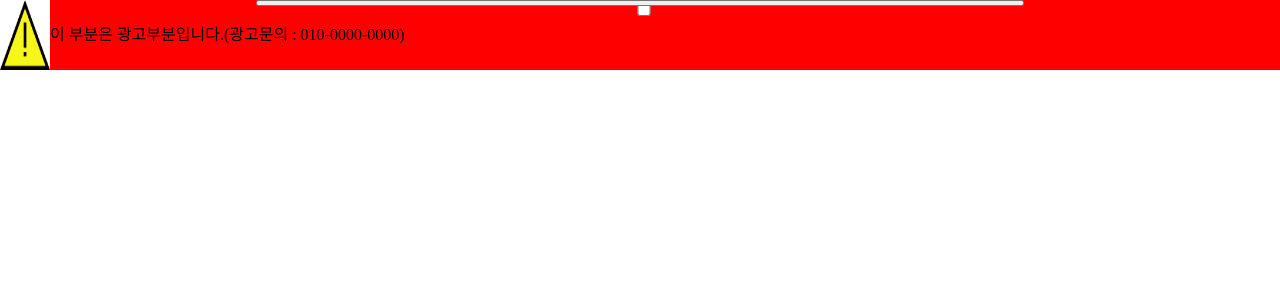
Repository: leehyeonung/myproject
Page: http://localhost/myproject/
These files come from the project's save history. The page is drawn as it stood at one moment and after the next save; the edit follows.
The browser window is 1280 px wide. The pictures show the whole page.
The page is served by Tomcat 9.

Above is the page before, as saved 2023-03-15 10:49:38.

After the next save:
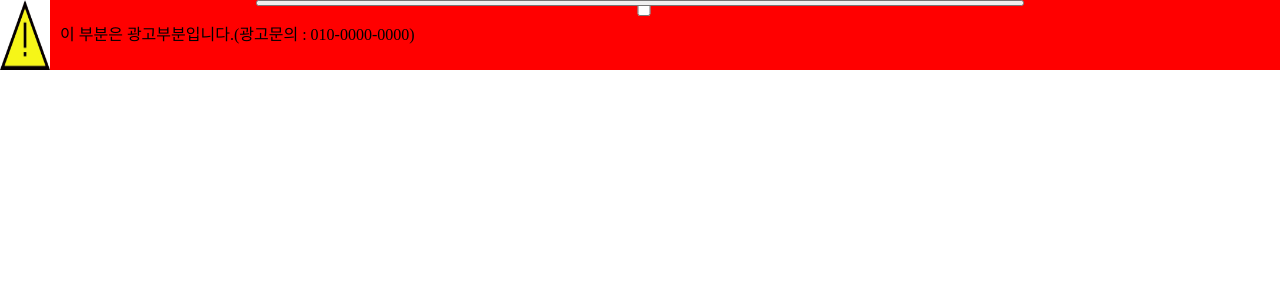
Saved 43 s later.
--- a/myproject/src/main/webapp/resources/css/header.css
+++ b/myproject/src/main/webapp/resources/css/header.css
@@ -20,6 +20,7 @@
 }
 .ad_text{
 	left:50px;
+	padding-left: 10px;
 }
 header{
 
